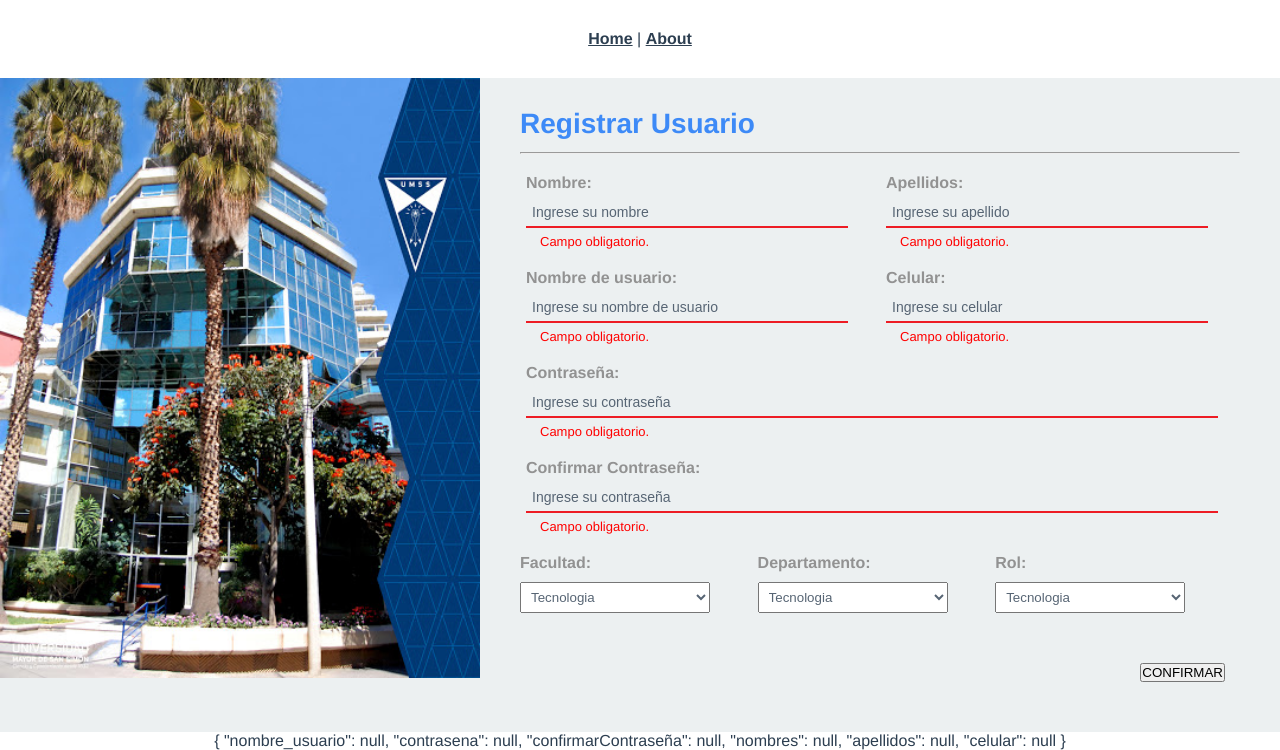
Repository: BritanyTorrico/front-cotizaciones
Page: /register
The author's editor kept a copy of each file at every save. The page is drawn from the files as they stood at one save, then again after the next save.
The browser window is 1280 px wide. The pictures show the whole page.
The project was rebuilt for these pictures with package versions that can differ from the ones it lists, and the page was loaded fresh each time. Also part of the build but not shown: vue.config.js, src/components/HelloWorld.vue, src/views/Home.vue.

Above is the page before, as saved 2021-04-22 01:37:43.

After the next save:
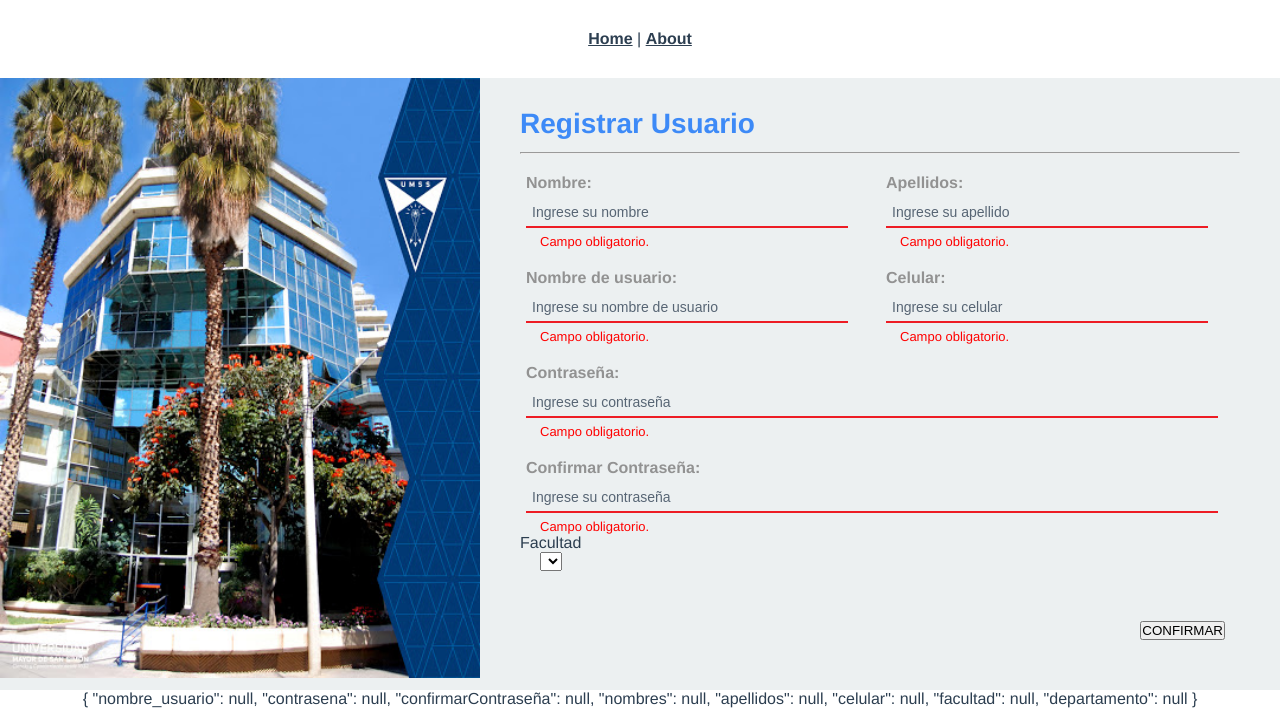
Saved 2 min 25 s later.
--- a/src/components/User/RegisterUser.vue
+++ b/src/components/User/RegisterUser.vue
@@ -129,16 +129,18 @@
             </div>
           </div>
           <div class="form__section3">
-            <div class="form__section3__item">
-              <lista-desplegable nombreLista="Facultad:"></lista-desplegable>
-            </div>
-            <div class="form__section3__item">
-              <lista-desplegable
-                nombreLista="Departamento:"
-              ></lista-desplegable>
-            </div>
-            <div class="form__section3__item">
-              <lista-desplegable nombreLista="Rol:"></lista-desplegable>
+            <div class="container">
+              <div class="container__label">Facultad</div>
+              <select class="container__list" v-model="a">
+                <option
+                  class="container__list__option"
+                  v-for="(item, index) in facultad"
+                  :key="index"
+                  value="facultad[index] "
+                >
+                  {{ facultad[index] }}</option
+                >
+              </select>
             </div>
           </div>
           <div class="boton">
@@ -166,6 +168,8 @@
         nombres: null,
         apellidos: null,
         celular: null,
+        facultad: null,
+        departamento: null,
       },
     };
   },
@@ -215,6 +219,8 @@
           nombres: this.nombres,
           apellidos: this.apellidos,
           celular: this.celular,
+          facultad: this.facultad,
+          departamento: this.departamento,
         });
       } catch (error) {
         throw new Error("ALGO SALIO MAL");
